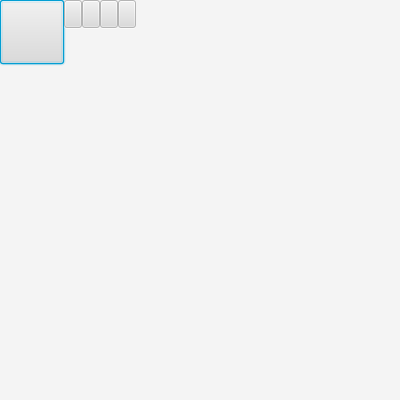
Repository: Lejtek/Java_Der_umfassende_Java_Einsteigerkurs
Program's window: java WidgetShortcut/src/application/Main.java
These files come from the project's save history. The program's window is drawn as it stood at one moment and after the next save; the edit follows.
It runs on Java 21 on a 1366 x 768 screen with JavaFX 11; the title bar is not drawn.

Above is the program's window before, as saved 2022-04-25 18:50:51.

### WidgetShortcut/src/application/Main.java
package application;

import javafx.application.Application;
import javafx.stage.Stage;
import javafx.scene.Scene;
import javafx.scene.control.Button;
import javafx.scene.layout.HBox;

public class Main extends Application {
	@Override
	public void start(Stage primaryStage) {
		try {
		    // Root Node - Layout der Szene
			HBox root = new HBox();

			// Elemente erstellen wie Button etc.
			Button button1 = new Button();
			Button button2 = new Button();
			Button button3 = new Button();
            Button button4 = new Button();
            Button button5 = new Button();

            button1.setPrefSize(64.0, 64.0);

			// Elemente zum Root Node hinzufügen
            root.getChildren().add(button1);
            root.getChildren().add(button2);
            root.getChildren().add(button3);
            root.getChildren().add(button4);
            root.getChildren().add(button5);

			Scene scene = new Scene(root,400,400);
			scene.getStylesheets().add(getClass().getResource("application.css").toExternalForm());
			primaryStage.setScene(scene);
			primaryStage.show();
		} catch(Exception e) {
			e.printStackTrace();
		}
	}

	public static void main(String[] args) {
		launch(args);
	}
}

Loaded but not shown: WidgetShortcut/src/application/application.css (common file)

After the next save:
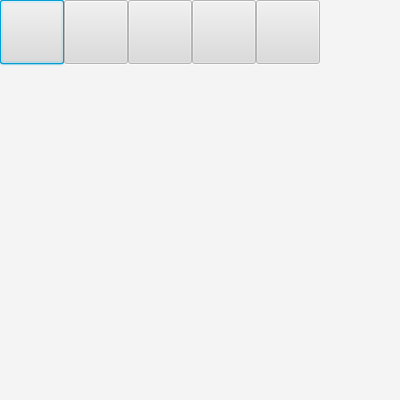
Saved 100 s later.
--- a/WidgetShortcut/src/application/Main.java
+++ b/WidgetShortcut/src/application/Main.java
@@ -21,6 +21,10 @@
             Button button5 = new Button();
 
             button1.setPrefSize(64.0, 64.0);
+            button2.setPrefSize(64.0, 64.0);
+            button3.setPrefSize(64.0, 64.0);
+            button4.setPrefSize(64.0, 64.0);
+            button5.setPrefSize(64.0, 64.0);
 
 			// Elemente zum Root Node hinzufügen
             root.getChildren().add(button1);
